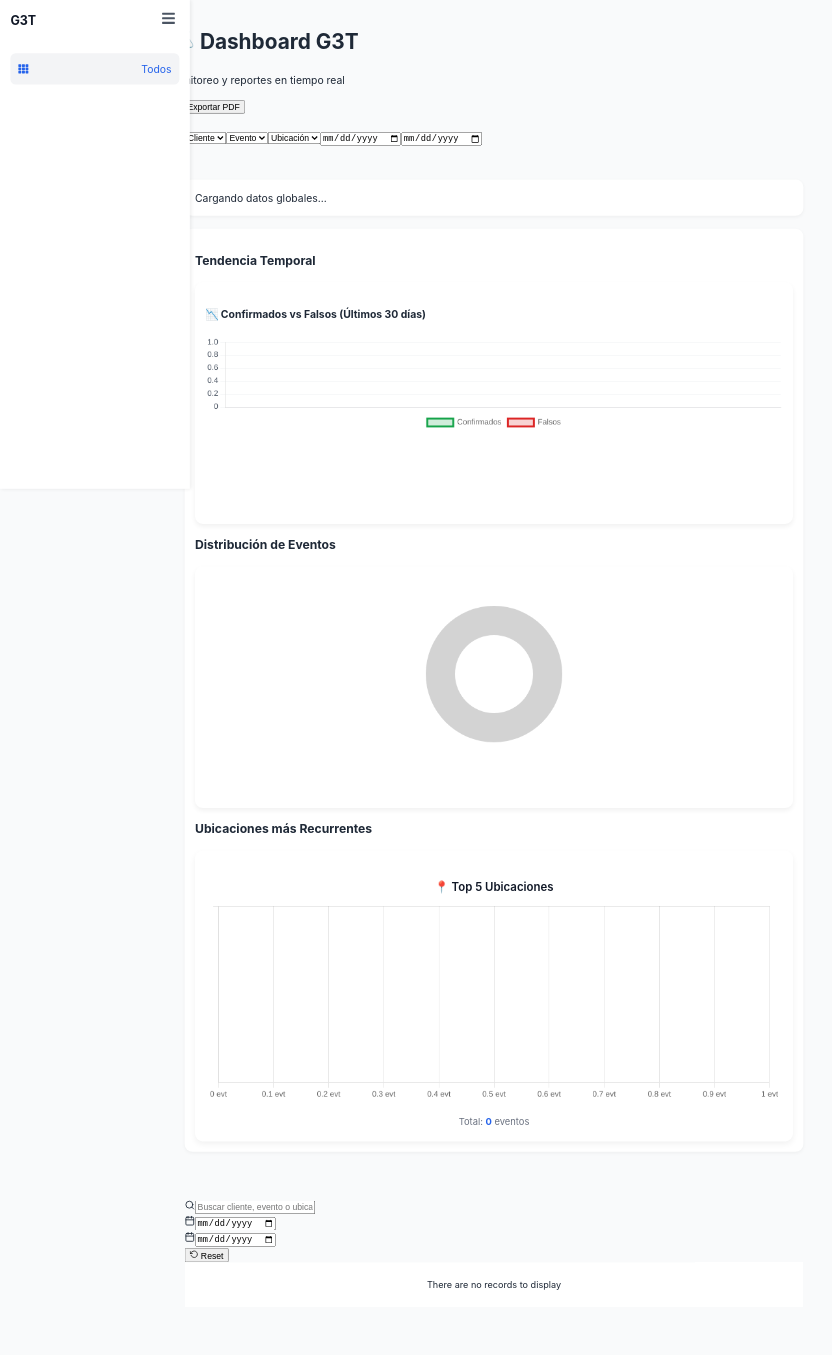
Repository: BBrian11/reportes
Page: /
The author's editor kept a copy of each file at every save. The page is drawn from the files as they stood at one save, then again after the next save.
The browser window is 1280 px wide. The pictures show the whole page, at 65% of full size.
The page's requests for data from a server got no answer. The project was rebuilt for these pictures with package versions that can differ from the ones it lists, and the page was loaded fresh each time. Some packages were replaced by stand-ins written for this rebuild. No one was signed in, and anything a server would have sent is missing. Also part of the build but not shown: vite.config.js, src/components/Dashboard/BarChart.jsx, src/styles/tgsstats.css, src/components/Dashboard/TgsStats.jsx, src/styles/edificiostats.css, src/components/Dashboard/EdificioStats.jsx, src/styles/vtvstats.css, src/components/Dashboard/VtvStats.jsx and 6 more.

Above is the page before, as saved 2025-08-01 11:31:08.

After the next save:
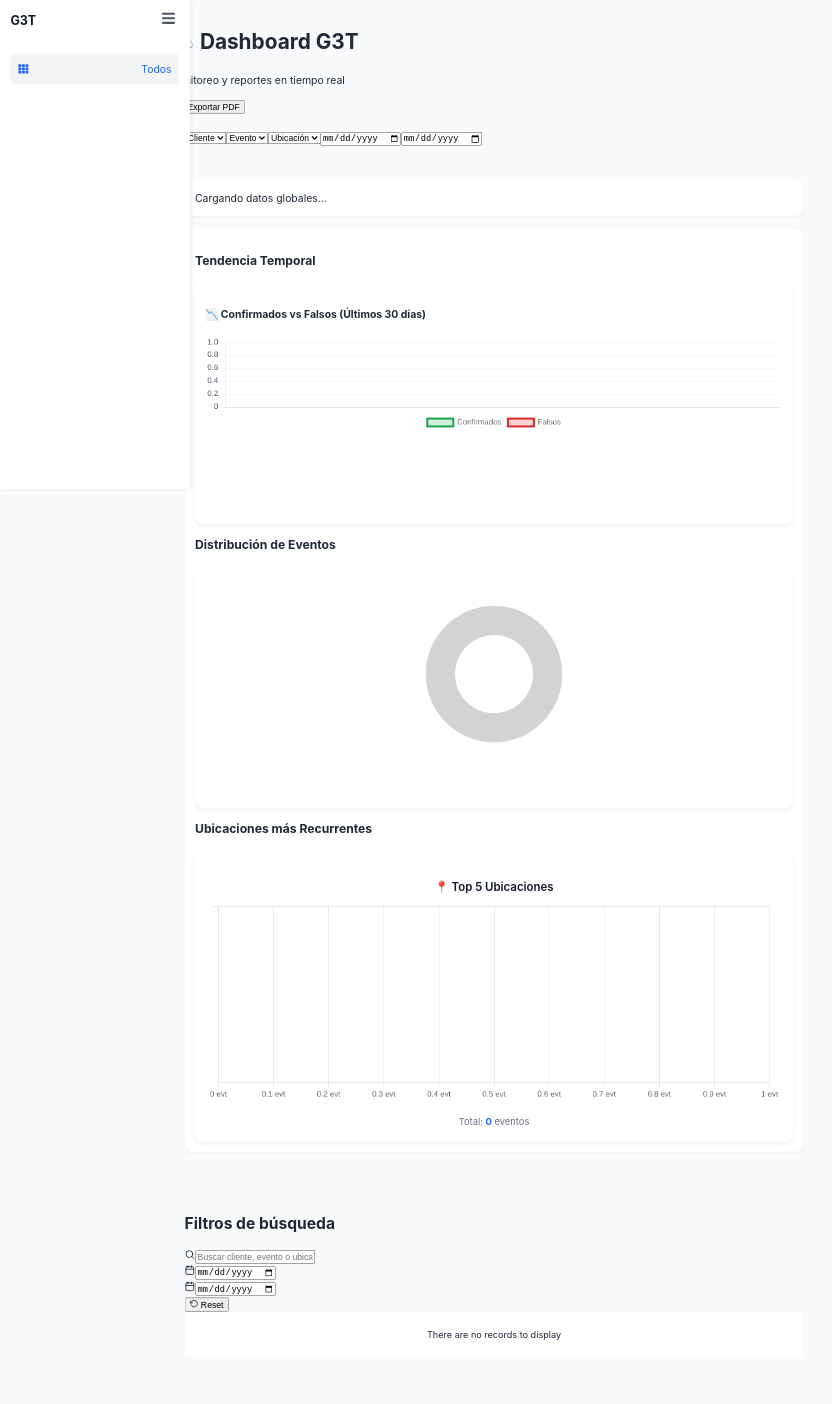
Saved 48 s later.
--- a/src/components/Dashboard/EventsTable.jsx
+++ b/src/components/Dashboard/EventsTable.jsx
@@ -111,55 +111,60 @@ export default function EventsTable({ eventos }) {
   };
 
   return (
-    <div className="bg-white shadow-xl rounded-xl p-6">
-      {/* ✅ Contenedor de filtros */}
-      <div className="bg-gray-50 p-4 rounded-lg shadow-sm flex flex-wrap gap-3 items-center mb-6 border border-gray-200">
-        {/* 🔍 Buscador con ícono */}
-        <div className="relative flex-1 min-w-[200px]">
-          <FiSearch className="absolute left-3 top-3 text-gray-400" />
-          <input
-            type="text"
-            placeholder="Buscar cliente, evento o ubicación..."
-            value={filterText}
-            onChange={(e) => setFilterText(e.target.value)}
-            className="w-full pl-10 pr-3 py-2 text-sm border border-gray-300 rounded-lg shadow-sm focus:ring-2 focus:ring-indigo-400 focus:outline-none"
-          />
-        </div>
+    <div className="bg-white shadow-lg rounded-2xl p-5 mb-6 border border-gray-200">
+    <h2 className="text-lg font-semibold text-gray-700 mb-4">Filtros de búsqueda</h2>
 
-        {/* 📅 Fecha inicio */}
-        <div className="relative">
-          <FiCalendar className="absolute left-3 top-3 text-gray-400" />
-          <input
-            type="date"
-            value={fechaInicio}
-            onChange={(e) => setFechaInicio(e.target.value)}
-            className="pl-10 pr-3 py-2 text-sm border border-gray-300 rounded-lg shadow-sm focus:ring-2 focus:ring-indigo-400 focus:outline-none"
-          />
-        </div>
+    <div className="grid grid-cols-1 md:grid-cols-4 gap-4 items-center">
+      {/* 🔍 Buscador */}
+      <div className="relative">
+        <FiSearch className="absolute left-3 top-3 text-gray-400 text-lg" />
+        <input
+          type="text"
+          placeholder="Buscar cliente, evento o ubicación..."
+          value={filterText}
+          onChange={(e) => setFilterText(e.target.value)}
+          className="w-full pl-10 pr-4 py-3 text-sm rounded-xl border border-gray-300 bg-gray-50 shadow-sm focus:outline-none focus:ring-2 focus:ring-indigo-500 focus:bg-white transition-all"
+        />
+      </div>
 
-        {/* 📅 Fecha fin */}
-        <div className="relative">
-          <FiCalendar className="absolute left-3 top-3 text-gray-400" />
-          <input
-            type="date"
-            value={fechaFin}
-            onChange={(e) => setFechaFin(e.target.value)}
-            className="pl-10 pr-3 py-2 text-sm border border-gray-300 rounded-lg shadow-sm focus:ring-2 focus:ring-indigo-400 focus:outline-none"
-          />
-        </div>
+      {/* 📅 Fecha inicio */}
+      <div className="relative">
+        <FiCalendar className="absolute left-3 top-3 text-gray-400 text-lg" />
+        <input
+          type="date"
+          value={fechaInicio}
+          onChange={(e) => setFechaInicio(e.target.value)}
+          className="w-full pl-10 pr-4 py-3 text-sm rounded-xl border border-gray-300 bg-gray-50 shadow-sm focus:outline-none focus:ring-2 focus:ring-indigo-500 focus:bg-white transition-all"
+        />
+      </div>
 
-        {/* 🔄 Reset */}
+      {/* 📅 Fecha fin */}
+      <div className="relative">
+        <FiCalendar className="absolute left-3 top-3 text-gray-400 text-lg" />
+        <input
+          type="date"
+          value={fechaFin}
+          onChange={(e) => setFechaFin(e.target.value)}
+          className="w-full pl-10 pr-4 py-3 text-sm rounded-xl border border-gray-300 bg-gray-50 shadow-sm focus:outline-none focus:ring-2 focus:ring-indigo-500 focus:bg-white transition-all"
+        />
+      </div>
+
+      {/* 🔄 Botón Reset */}
+      <div className="flex justify-end">
         <button
           onClick={() => {
             setFilterText("");
             setFechaInicio("");
             setFechaFin("");
           }}
-          className="flex items-center gap-2 bg-indigo-600 text-white px-4 py-2 rounded-lg shadow hover:bg-indigo-700 transition text-sm"
+          className="flex items-center justify-center gap-2 bg-indigo-600 text-white px-6 py-3 rounded-xl shadow-md hover:bg-indigo-700 hover:shadow-lg transition-all text-sm font-semibold"
         >
-          <FiRotateCcw /> Reset
+          <FiRotateCcw className="text-lg" /> Reset
         </button>
       </div>
+    </div>
+
+
 
       {/* ✅ Tabla */}
       <DataTable
